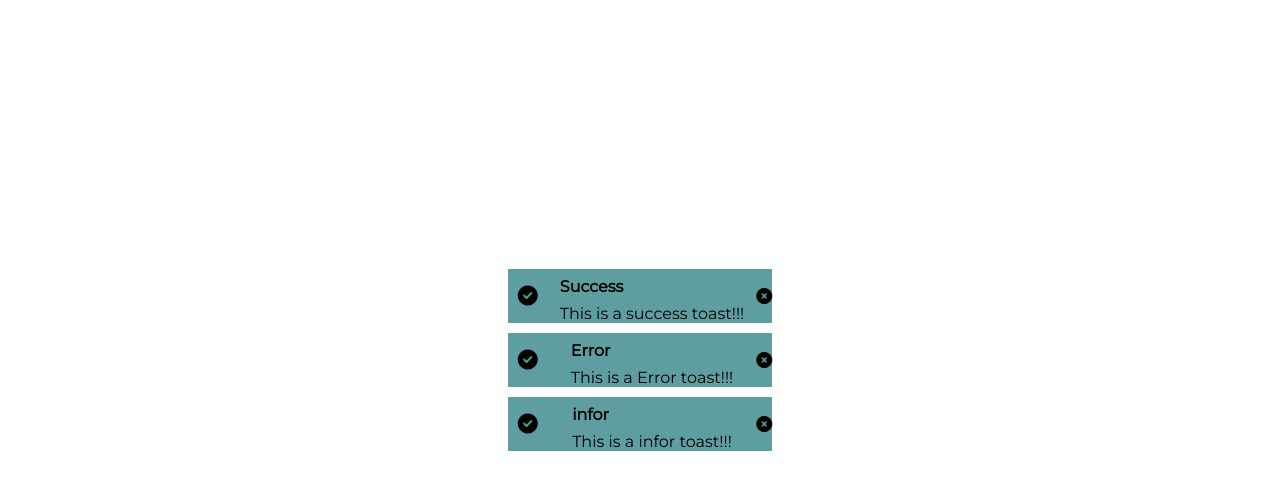
Repository: thuynguyen0964/Toast-Cooler
Page: index.html
The author's editor kept a copy of each file at every save. The page is drawn from the files as they stood at one save, then again after the next save.
The browser window is 1280 px wide. The pictures show the whole page.

Above is the page before, as saved 2023-01-26 20:23:13.

### index.html
<!DOCTYPE html>
<html lang="en">
<head>
    <meta charset="UTF-8">
    <meta http-equiv="X-UA-Compatible" content="IE=edge">
    <meta name="viewport" content="width=device-width, initial-scale=1.0">
    <title>Toast Mess Cooler</title>
    <link href="https://fonts.googleapis.com/css2?family=Montserrat:wght@300;400&display=swap" rel="stylesheet">
    <link rel="stylesheet" href="https://cdnjs.cloudflare.com/ajax/libs/font-awesome/6.2.1/css/all.min.css">
    <link rel="stylesheet" href="./app/style.css">
</head>
<body>
    <ul class="container">
        <li class="toast success">
            <div class="icon">
                <i class="fa-solid fa-circle-check"></i>
            </div>
            <div class="toast__text">
                <h4 class="toast__title">
                Success
            </h4>
            <p class="toast__desc">
                This is a success toast!!!
            </p>
            </div>
            <div class="icon__close">
                <i class="fa-solid fa-circle-xmark"></i>
            </div>
        </li>
        <li class="toast error">
            <div class="icon">
                <i class="fa-solid fa-circle-check"></i>
            </div>
            <div class="toast__text">
                <h4 class="toast__title">
                Error
            </h4>
            <p class="toast__desc">
                This is a Error toast!!!
            </p>
            </div>
            <div class="icon__close">
                <i class="fa-solid fa-circle-xmark"></i>
            </div>
        </li>
        <li class="toast infor">
            <div class="icon">
                <i class="fa-solid fa-circle-check"></i>
            </div>
            <div class="toast__text">
                <h4 class="toast__title">
                infor
            </h4>
            <p class="toast__desc">
                This is a infor toast!!!
            </p>
            </div>
            <div class="icon__close">
                <i class="fa-solid fa-circle-xmark"></i>
            </div>
        </li>
    </ul>
</body>
</html>

### app/style.css
*{
    margin: 0;
    padding: 0;
    box-sizing: border-box;
}
body{
    font-family: "Montserrat", sans-serif;
    display: flex;
    align-items: center;
    justify-content: center;
    min-height: 100vh;
}

.toast{
    width: 350x;
    list-style: none;
    display: flex;
    align-items: center;
    justify-content: space-between;
    background-color: cadetblue;
    margin: 10px 0;
}
.toast__text{
    padding:0 12px ;
}
.toast__title{
    margin: 8px 0;
}
.icon{
    padding:0 10px;
    font-size: 20px;
}

After the next save:
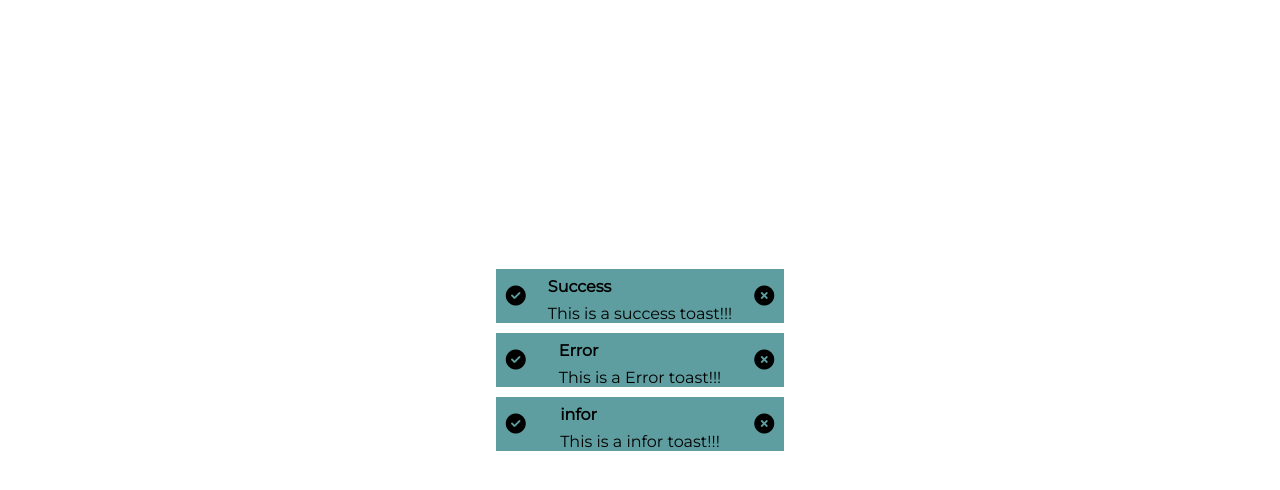
Saved 13 s later.
--- a/app/style.css
+++ b/app/style.css
@@ -26,6 +26,7 @@ body{
 .toast__title{
     margin: 8px 0;
 }
+.icon__close,
 .icon{
     padding:0 10px;
     font-size: 20px;
